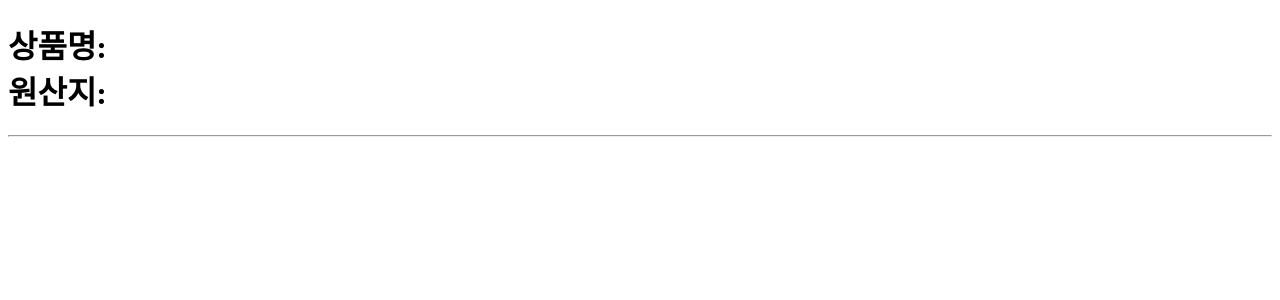
Repository: hwimi/2024-04-12
Page: http://localhost/jstl_study/step-3.jsp
An editor plug-in stored every save of this project. The page is shown before and after the next save, followed by the edit.
The browser window is 1280 px wide. The pictures show the whole page.
The page is served by Tomcat 9. Other server files are loaded and not shown.

Above is the page before, as saved 2024-04-11 03:08:41.

### jstl_study/src/main/webapp/step-3.jsp
<%@ page language="java" contentType="text/html; charset=UTF-8"
	pageEncoding="UTF-8"%>
<!DOCTYPE html>
<html>
<head>
<meta charset="UTF-8">
<title>Insert title here</title>
</head>
<body>
	<h1>
		상품명: ${param.name }<br>
		원산지: ${param.address }<br>
	</h1>
	<hr>


	<h2>


	</h2>
</body>
</html>

After the next save:
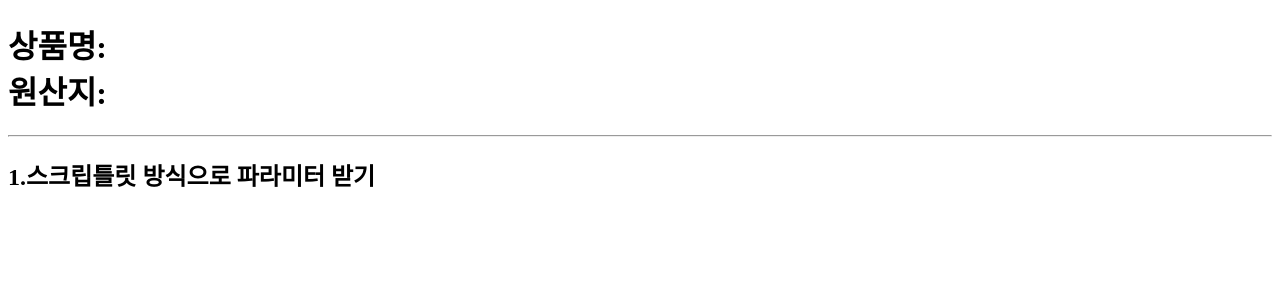
Saved 17 s later.
--- a/jstl_study/src/main/webapp/step-3.jsp
+++ b/jstl_study/src/main/webapp/step-3.jsp
@@ -16,6 +16,7 @@
 
 	<h2>
 
+		1.스크립틀릿 방식으로 파라미터 받기<br>
 
 	</h2>
 </body>
